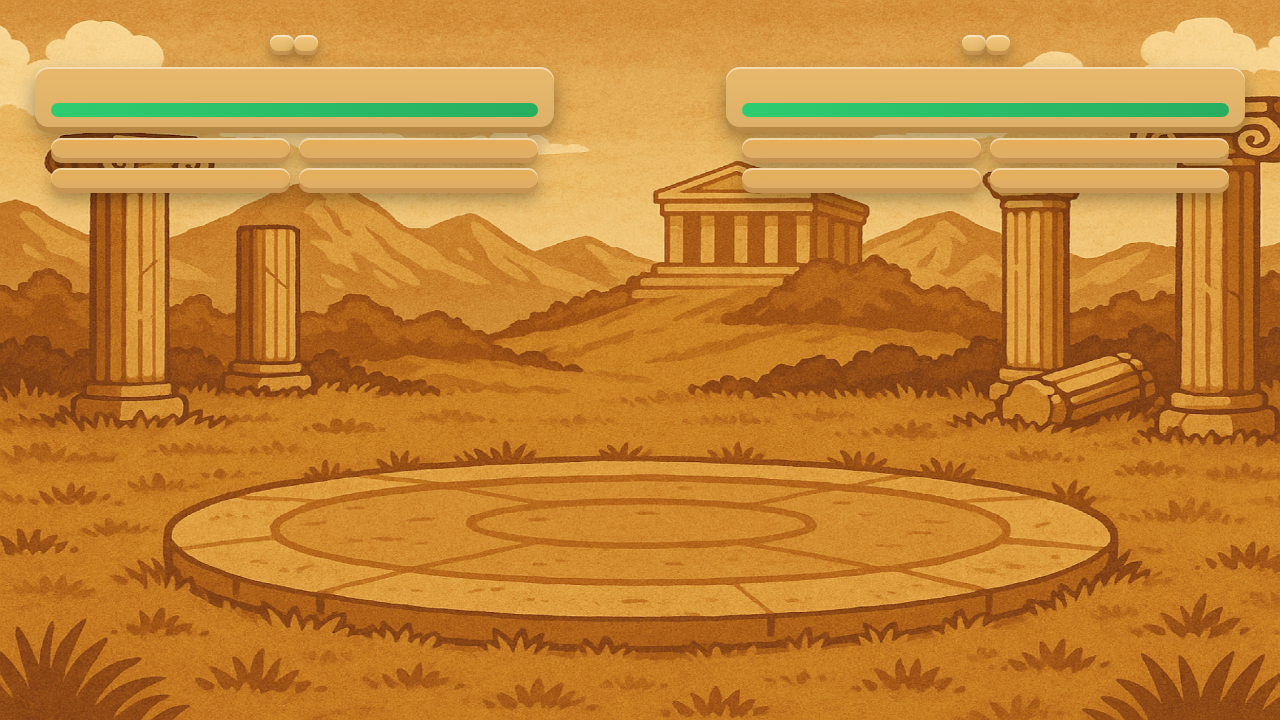
Repository: brianabariteau/Web-1-Final-Project-2025
Page: features/game/game.html
These files come from the project's save history. The page is drawn as it stood at one moment and after the next save; the edit follows.
The browser window is 1280 px wide. The pictures show the whole page.
Some web fonts or font styles are not loaded; a fallback is used.

Above is the page before, as saved 2025-12-23 18:52:35.

### features/game/game.html
<!DOCTYPE html>
<html lang="en">
  <head>
    <meta charset="UTF-8" />
    <meta name="viewport" content="width=device-width, initial-scale=1.0" />
    <title>MythoBattle Game</title>
    <link
      rel="icon"
      type="image/x-icon"
      href="../../assets/characters/zeus.png"
    />
    <script type="module" defer src="./game.js"></script>
    <link rel="stylesheet" href="./game.css" />
    <script
      src="https://code.jquery.com/jquery-3.7.1.min.js"
      integrity="sha256-/JqT3SQfawRcv/BIHPThkBvs0OEvtFFmqPF/lYI/Cxo="
      crossorigin="anonymous"
    ></script>
    <link
      href="https://fonts.googleapis.com/css2?family=Jersey+25&display=swap"
      rel="stylesheet"
    />
  </head>
  <body></body>
</html>

### features/game/game.js
"use strict";

import { CHARACTER_MOVES } from "../../constants/character-movesets.js";
let mode = localStorage.getItem("mode");
let player1Character = JSON.parse(localStorage.getItem("player1Character"));
let player2Character = JSON.parse(localStorage.getItem("player2Character"));

console.log(player1Character);
console.log(player2Character);

// * Functions
function updateGameDisplay() {
  if (!player1Character || !player2Character) return;

  // ? Player 1
  const player1 = player1Character.name;
  console.log(player1);

  player1Icon.attr("src", player1Character.imgSrc);

  player1NameText.text(player1);

  player1Move1.text(CHARACTER_MOVES[player1].move1name);
  player1Move2.text(CHARACTER_MOVES[player1].move2name);
  player1Move3.text(CHARACTER_MOVES[player1].move3name);
  player1Move4.text(CHARACTER_MOVES[player1].move4name);

  player1ability1.text(CHARACTER_MOVES[player1].ability1name);
  player1ability2.text(CHARACTER_MOVES[player1].ability2name);

  // ? Player 2
  const player2 = player2Character.name;

  player2Icon.attr("src", player2Character.imgSrc);

  player2NameText.text(player2);

  player2Move1.text(CHARACTER_MOVES[player2].move1name);
  player2Move2.text(CHARACTER_MOVES[player2].move2name);
  player2Move3.text(CHARACTER_MOVES[player2].move3name);
  player2Move4.text(CHARACTER_MOVES[player2].move4name);

  player2ability1.text(CHARACTER_MOVES[player2].ability1name);
  player2ability2.text(CHARACTER_MOVES[player2].ability2name);
}

async function loadCharacters() {
  updateGameDisplay();
}

// * The Background Image
const background = $("<img>")
  .addClass("background")
  .attr("src", "./assets/battle-background.png")
  .attr("alt", "Background");

// * Player 1
// ? Character Icon
const player1Icon = $("<img>").addClass("player1-icon");

// ! Battle Buttons + Progress
const player1battle = $("<div>").addClass("player1-battle");

// ? Name + Healthbar
const player1Name = $("<div>").addClass("player1-name");
const player1NameText = $("<div>").addClass("player1-name-text");
const player1Health = $("<div>").addClass("player1-health");

$(player1Name).append(player1NameText, player1Health);

// ? Movesets
const player1Moves = $("<div>").addClass("player1-moves");
const player1Move1 = $("<button>").addClass("moves");
const player1Move2 = $("<button>").addClass("moves");
const player1Move3 = $("<button>").addClass("moves");
const player1Move4 = $("<button>").addClass("moves");

$(player1Moves).append(player1Move1, player1Move2, player1Move3, player1Move4);

// ? Abilities
const player1Abilities = $("<div>").addClass("player1-abilities");
const player1ability1 = $("<button>").addClass("player1-ability1");
const player1ability2 = $("<button>").addClass("player1-ability2");
$(player1Abilities).append(player1ability1, player1ability2);

$(player1battle).append(player1Abilities, player1Name, player1Moves);

// * Player 2
// ? Character Icon
const player2Icon = $("<img>").addClass("player-2-icon");

// ! Battle Buttons + Progress
const player2battle = $("<div>").addClass("player2-battle");

// ? Name + Healthbar
const player2Name = $("<div>").addClass("player2-name");
const player2NameText = $("<div>").addClass("player2-name-text");
const player2Health = $("<div>").addClass("player2-health");

$(player2Name).append(player2NameText, player2Health);

// ? Movesets
const player2Moves = $("<div>").addClass("player1-moves");
const player2Move1 = $("<button>").addClass("moves");
const player2Move2 = $("<button>").addClass("moves");
const player2Move3 = $("<button>").addClass("moves");
const player2Move4 = $("<button>").addClass("moves");

$(player2Moves).append(player2Move1, player2Move2, player2Move3, player2Move4);

// ? Abilities
const player2Abilities = $("<div>").addClass("player2-abilities");
const player2ability1 = $("<button>").addClass("player2-ability1");
const player2ability2 = $("<button>").addClass("player2-ability2");
$(player2Abilities).append(player2ability1, player2ability2);

$(player2battle).append(player2Abilities, player2Name, player2Moves);

$("body").append(
  background,
  player1Icon,
  player2Icon,
  player1battle,
  player2battle
);

loadCharacters();

### features/game/game.css
/* ───────────── BASE ───────────── */

body {
  margin: 0;
  width: 100vw;
  height: 100vh;
  overflow: hidden;

  font-family: "Jersey 25", sans-serif;

  display: grid;
  grid-template-columns: 1fr 1fr;
  grid-template-rows: auto 1fr auto;
  align-items: center;
  justify-items: center;
}

/* ───────────── BACKGROUND ───────────── */

.background {
  position: fixed;
  inset: 0;
  width: 100%;
  height: 100%;
  z-index: -1;
}

/* ───────────── PLAYER SPRITES ───────────── */

.player1-icon,
.player-2-icon {
  position: absolute;
  bottom: 18%;
  width: 120px;
  image-rendering: pixelated;
}

.player1-icon {
  left: 20%;
}

.player-2-icon {
  right: 20%;
}

/* ───────────── BATTLE PANELS ───────────── */

.player1-battle,
.player2-battle {
  position: absolute;
  top: 4%;
  width: 38%;

  display: grid;
  grid-template-rows: auto auto auto;
  row-gap: 0.7rem;

  align-items: center;
}

.player1-battle {
  left: 4%;
}

.player2-battle {
  right: 4%;
}

/* ───────────── NAME + HEALTH ───────────── */

.player1-name,
.player2-name {
  background: linear-gradient(to bottom, #e8b96b, #ddb16a);
  border-radius: 14px;
  padding: 10px 16px;

  grid-row: 2;
  justify-self: center;
  width: 100%;

  box-shadow: inset 0 2px 0 rgba(255, 255, 255, 0.5), 0 6px 0 #b88945,
    0 10px 20px rgba(0, 0, 0, 0.35);

  color: #6b3f18;
  text-shadow: 1px 1px #f3d8a8;

  font-size: 3rem;
  letter-spacing: 2px;
}

/* Health bar container */
.player1-health,
.player2-health {
  margin-top: 6px;
  height: 14px;
  border-radius: 10px;
  background: #4b2d12;
  overflow: hidden;
}

.player1-name-text,
.player2-name-text {
  display: flex;
  justify-content: center;
  padding: 20px 20px 0px 20px;
}

/* Actual HP fill */
.player1-health::after,
.player2-health::after {
  content: "";
  display: block;
  height: 100%;
  width: 100%; /* change dynamically in JS later */
  background: linear-gradient(to right, #2ecc71, #27ae60);
}

/* ───────────── MOVES GRID ───────────── */

.player1-moves,
.player2-moves {
  display: grid;
  grid-template-columns: 1fr 1fr;
  gap: 0.6rem;

  grid-row: 3;
  width: 100%;
}

/* Ability buttons */
.moves {
  background: linear-gradient(to bottom, #e7b058, #dead68);
  border: none;
  border-radius: 14px;

  font-family: "Jersey 25", sans-serif;
  padding: 10px 14px;
  font-size: 1.2rem;
  letter-spacing: 1px;
  color: #6b3f18;
  text-shadow: 1px 1px #f3d8a8;

  cursor: pointer;

  box-shadow: inset 0 2px 0 rgba(255, 255, 255, 0.5), 0 5px 0 #c89451,
    0 10px 18px rgba(0, 0, 0, 0.35);

  transition: transform 0.12s ease, box-shadow 0.12s ease;
}

.moves:hover {
  filter: brightness(1.05);
  box-shadow: inset 0 2px 0 rgba(255, 255, 255, 0.6), 0 5px 0 #c89451,
    0 0 12px rgba(255, 210, 130, 0.7);
}

.moves:active {
  transform: translateY(4px);
  box-shadow: inset 0 2px 0 rgba(255, 255, 255, 0.4), 0 2px 0 #c89451;
}

/* ───────────── ABILITY BUTTONS ───────────── */

.player1-abilities button,
.player2-abilities button {
  flex: 1;

  background: linear-gradient(to bottom, #f2c980, #e3b567);
  border: none;
  border-radius: 14px;

  padding: 8px 12px;

  font-family: "Jersey 25", sans-serif;
  font-size: 1.05rem;
  letter-spacing: 1px;

  color: #6b3f18;
  text-shadow: 1px 1px #f3d8a8;

  cursor: default; /* abilities usually passive */
  white-space: nowrap;

  box-shadow: inset 0 2px 0 rgba(255, 255, 255, 0.5), 0 4px 0 #c89451,
    0 8px 14px rgba(0, 0, 0, 0.35);

  transition: filter 0.15s ease, transform 0.15s ease;
}

/* Optional: subtle emphasis */
.player1-abilities button:hover,
.player2-abilities button:hover {
  filter: brightness(1.05);
}

/* Optional: disabled/passive look */
.player1-abilities button:disabled,
.player2-abilities button:disabled {
  opacity: 0.85;
}

.player1-abilities,
.player2-abilities {
  margin-bottom: 0.3rem;
  grid-row: 1;
  justify-self: center;
  justify-items: center;
}

.ability-active {
  box-shadow: inset 0 2px 0 rgba(255, 255, 255, 0.6),
    0 0 14px rgba(255, 215, 120, 0.9);
}

/* ───────────── MOBILE ADJUSTMENTS ───────────── */

@media (max-width: 900px) {
  .player1-battle,
  .player2-battle {
    width: 90%;
    left: 5%;
    right: 5%;
  }

  .player1-icon,
  .player-2-icon {
    width: 90px;
    bottom: 10%;
  }

  .player1-icon {
    left: 10%;
  }

  .player-2-icon {
    right: 10%;
  }
}

### constants/character-movesets.js
import { CUSTOM_STATS } from "./characters.js";

export const CHARACTER_MOVES = {
  Zeus: {
    move1name: "Thunderbolt Wrath",
    move2name: "Skybreaker Slam",
    move3name: "Stormcaller Command",
    move4name: "God of Thunder",
    move1effects() {},
    move2effects() {},
    move3effects() {},
    move4effects() {},
    ability1name: "Sky/Lightning",
    ability2name: "King's Wrath",
    ability1effect() {},
    ability2effect() {},
  },
};

### constants/characters.js
export const SPECIFIC_CHARACTERS = [
  "Zeus",
  "Athena",
  "Hestia",
  "Apollo",
  "Artemis",
  "Poseidon",
  "Hades",
  "Demeter",
  "Aphrodite",
  "Hera",
  "Dionysus",
  "Ares",
  "Hephaestus",
  "Persephone",
  "Hermes",
  "Nyx",
  "Hypnos",
  "Thanatos",
  "Morpheus",
  "Asclepius",
];

export const CUSTOM_SPRITES = {
  Zeus: "../../assets/characters/zeus.png",
  Athena: "../../assets/characters/athena.png",
  Hestia: "../../assets/characters/hestia.png",
  Apollo: "../../assets/characters/apollo.png",
  Artemis: "../../assets/characters/artemis.png",
  Poseidon: "../../assets/characters/poseidon.png",
  Hades: "../../assets/characters/hades.png",
  Demeter: "../../assets/characters/demeter.png",
  Aphrodite: "../../assets/characters/aphrodite.png",
  Hera: "../../assets/characters/hera.png",
  Dionysus: "../../assets/characters/dionysus.png",
  Ares: "../../assets/characters/ares.png",
  Hephaestus: "../../assets/characters/hephaestus.png",
  Persephone: "../../assets/characters/persephone.png",
  Hermes: "../../assets/characters/hermes.png",
  Nyx: "../../assets/characters/nyx.png",
  Hypnos: "../../assets/characters/hypnos.png",
  Thanatos: "../../assets/characters/thanatos.png",
  Morpheus: "../../assets/characters/morpheus.png",
  Asclepius: "../../assets/characters/asclepius.png",
};

export const CUSTOM_STATS = {
  Zeus: {
    tier: "Tier 1",
    tierName: "The Big Three",
    hp: 150,
    attack: 110,
    defense: 95,
    speed: 120,
    power: 150,
    resilience: 100,
    stamina: 110,
    domainMastery: "Sky/Lightning",
    masteryDesc: "+25% electric damage",
    specialTrait: "King's Wrath",
    traitDesc: "10% chance to smite enemy for bonus true damage",
  },
  Athena: {
    tier: "Tier 3",
    tierName: "Middle Olympians",
    hp: 140,
    attack: 100,
    defense: 120,
    speed: 105,
    power: 115,
    resilience: 130,
    stamina: 110,
    domainMastery: "Wisdom/Strategy",
    masteryDesc: "Team defense +10%",
    specialTrait: "Perfect Counter",
    traitDesc: "30% chance to auto-block melee attacks",
  },
  Hestia: {
    tier: "Tier 2",
    tierName: "Elder Olympians",
    hp: 140,
    attack: 80,
    defense: 120,
    speed: 85,
    power: 110,
    resilience: 130,
    stamina: 150,
    domainMastery: "Hearth Fire",
    masteryDesc: "Healing + burn damage boosts",
    specialTrait: "Warmth of Home",
    traitDesc: "Grants minor healing each turn to allies",
  },
  Apollo: {
    tier: "Tier 3",
    tierName: "Middle Olympians",
    hp: 130,
    attack: 95,
    defense: 80,
    speed: 125,
    power: 140,
    resilience: 90,
    stamina: 110,
    domainMastery: "Light/Music",
    masteryDesc: "+20% light damage",
    specialTrait: "Prophetic Strike",
    traitDesc: "First attack always crits",
  },
  Artemis: {
    tier: "Tier 3",
    tierName: "Middle Olympians",
    hp: 120,
    attack: 110,
    defense: 85,
    speed: 135,
    power: 105,
    resilience: 95,
    stamina: 115,
    domainMastery: "Moon/Hunt",
    masteryDesc: "+25% crit chance on moving targets",
    specialTrait: "Hunter's Mark",
    traitDesc: "First hit on any enemy does bonus damage",
  },
  Poseidon: {
    tier: "Tier 1",
    tierName: "The Big Three",
    hp: 160,
    attack: 115,
    defense: 110,
    speed: 100,
    power: 140,
    resilience: 120,
    stamina: 115,
    domainMastery: "Sea",
    masteryDesc: "+20% water damage, +30% damage when fighting near water",
    specialTrait: "Tidal Fury",
    traitDesc: "Consecutive attacks increase in damage",
  },
  Hades: {
    tier: "Tier 1",
    tierName: "The Big Three",
    hp: 170,
    attack: 95,
    defense: 140,
    speed: 80,
    power: 130,
    resilience: 150,
    stamina: 90,
    domainMastery: "Underworld",
    masteryDesc: "+30% damage vs undead/fear/sleep",
    specialTrait: "Soul Drain",
    traitDesc: "Steals HP on hit (5% of damage dealt)",
  },
  Demeter: {
    tier: "Tier 2",
    tierName: "Elder Olympians",
    hp: 145,
    attack: 85,
    defense: 115,
    speed: 80,
    power: 125,
    resilience: 110,
    stamina: 130,
    domainMastery: "Harvest",
    masteryDesc: "+20% regeneration, +25% poison resistance",
    specialTrait: "Fallow Curse",
    traitDesc: "Can reduce enemy Attack temporarily",
  },
  Aphrodite: {
    tier: "Tier 4",
    tierName: "Younger Olympians",
    hp: 120,
    attack: 70,
    defense: 80,
    speed: 110,
    power: 115,
    resilience: 85,
    stamina: 100,
    domainMastery: "Charm",
    masteryDesc: "25% chance enemies skip turn",
    specialTrait: "Irresistible Aura",
    traitDesc: "First strike against her does half damage",
  },
  Hera: {
    tier: "Tier 2",
    tierName: "Elder Olympians",
    hp: 150,
    attack: 90,
    defense: 120,
    speed: 90,
    power: 125,
    resilience: 120,
    stamina: 120,
    domainMastery: "Queenship",
    masteryDesc: "Team buffs stronger by 20%",
    specialTrait: "Divine Authority",
    traitDesc: "Immune to charm and can reflect debuffs",
  },
  Dionysus: {
    tier: "Tier 4",
    tierName: "Younger Olympians",
    hp: 130,
    attack: 85,
    defense: 85,
    speed: 95,
    power: 120,
    resilience: 90,
    stamina: 130,
    domainMastery: "Madness",
    masteryDesc: "Debuffs 20% stronger",
    specialTrait: "Ecstatic Frenzy",
    traitDesc: "Random buffs each turn",
  },
  Ares: {
    tier: "Tier 3",
    tierName: "Middle Olympians",
    hp: 150,
    attack: 145,
    defense: 100,
    speed: 110,
    power: 95,
    resilience: 100,
    stamina: 120,
    domainMastery: "War",
    masteryDesc: "+15% damage per hit taken",
    specialTrait: "Bloodlust",
    traitDesc: "Attack increases each time he deals damage",
  },
  Hephaestus: {
    tier: "Tier 4",
    tierName: "Younger Olympians",
    hp: 140,
    attack: 130,
    defense: 135,
    speed: 65,
    power: 115,
    resilience: 110,
    stamina: 100,
    domainMastery: "Forge",
    masteryDesc: "+20% damage with crafted weapons",
    specialTrait: "Molten Skin",
    traitDesc: "Reduces fire damage to 0",
  },
  Persephone: {
    tier: "Tier 5",
    tierName: "Minor Gods",
    hp: 125,
    attack: 75,
    defense: 90,
    speed: 95,
    power: 110,
    resilience: 100,
    stamina: 120,
    domainMastery: "Spring/Underworld",
    masteryDesc: "Alternating form bonuses",
    specialTrait: "Dual Aspect",
    traitDesc: "Stats change each season (Spring boost/Underworld boost)",
  },
  Hermes: {
    tier: "Tier 4",
    tierName: "Younger Olympians",
    hp: 115,
    attack: 90,
    defense: 75,
    speed: 160,
    power: 100,
    resilience: 80,
    stamina: 140,
    domainMastery: "Speed/Trickery",
    masteryDesc: "+20% dodge",
    specialTrait: "Swift Step",
    traitDesc: "Gains an extra small action each turn",
  },
  Nyx: {
    tier: "Tier 0",
    tierName: "Primordial",
    hp: 170,
    attack: 100,
    defense: 120,
    speed: 110,
    power: 160,
    resilience: 140,
    stamina: 120,
    domainMastery: "Night/Void",
    masteryDesc: "+30% shadow damage, +20% evasion in darkness",
    specialTrait: "Primordial Aura",
    traitDesc: "Debuffs have double duration; immune to Sleep and Fear",
  },
  Hypnos: {
    tier: "Tier 5",
    tierName: "Minor Gods",
    hp: 110,
    attack: 60,
    defense: 75,
    speed: 70,
    power: 120,
    resilience: 95,
    stamina: 130,
    domainMastery: "Sleep",
    masteryDesc: "+30% chance to inflict sleep",
    specialTrait: "Dream Veil",
    traitDesc: "20% damage reduction from melee",
  },
  Thanatos: {
    tier: "Tier 5",
    tierName: "Minor Gods",
    hp: 115,
    attack: 90,
    defense: 85,
    speed: 120,
    power: 100,
    resilience: 110,
    stamina: 100,
    domainMastery: "Death",
    masteryDesc: "Kills low-HP enemies instantly",
    specialTrait: "Reaper's Touch",
    traitDesc: "Critical hits do double true damage",
  },
  Morpheus: {
    tier: "Tier 5",
    tierName: "Minor Gods",
    hp: 105,
    attack: 70,
    defense: 80,
    speed: 100,
    power: 125,
    resilience: 85,
    stamina: 110,
    domainMastery: "Dreams",
    masteryDesc: "Illusions reduce enemy accuracy",
    specialTrait: "Shifting Form",
    traitDesc: "15% chance to avoid attacks entirely",
  },
  Asclepius: {
    tier: "Tier 5",
    tierName: "Minor Gods",
    hp: 120,
    attack: 50,
    defense: 85,
    speed: 90,
    power: 135,
    resilience: 110,
    stamina: 150,
    domainMastery: "Healing",
    masteryDesc: "+30% healing power",
    specialTrait: "Miracle Touch",
    traitDesc: "Once per battle revive ally to 30% HP",
  },
};

After the next save:
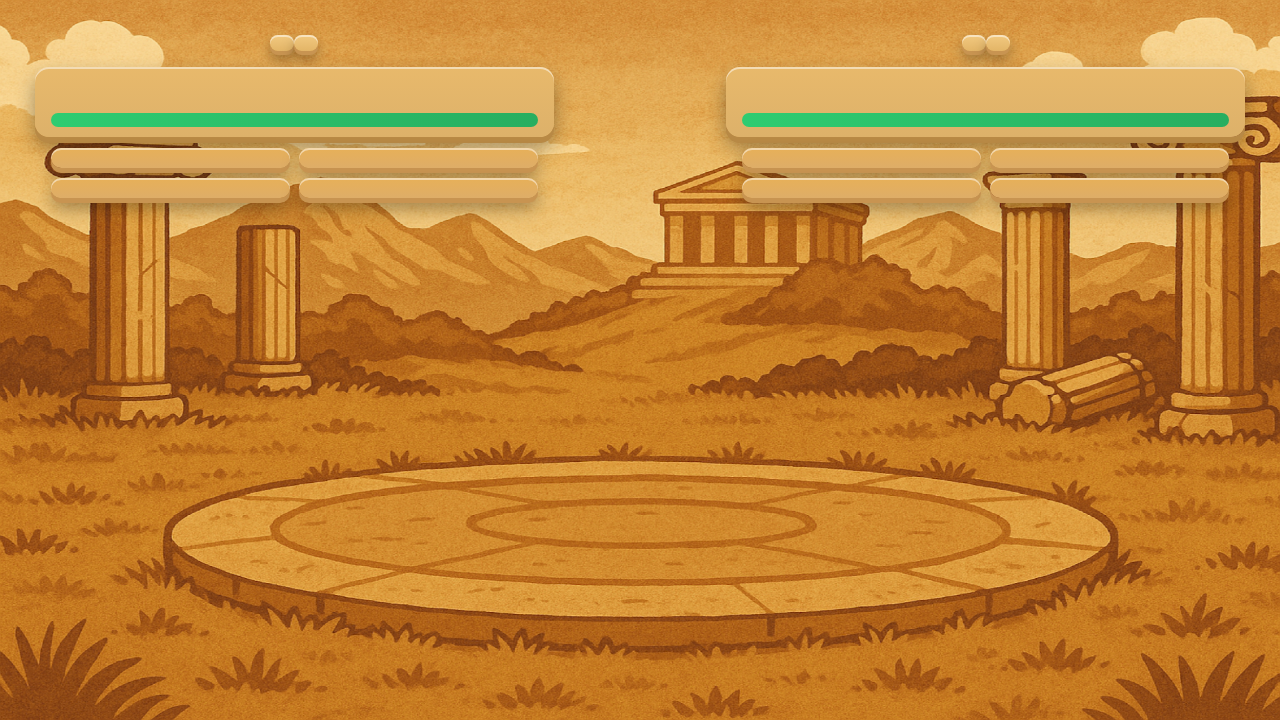
Saved 10 s later.
--- a/features/game/game.css
+++ b/features/game/game.css
@@ -102,7 +102,7 @@ body {
 .player2-name-text {
   display: flex;
   justify-content: center;
-  padding: 20px 20px 0px 20px;
+  padding: 20px 20px 10px 20px;
 }
 
 /* Actual HP fill */
